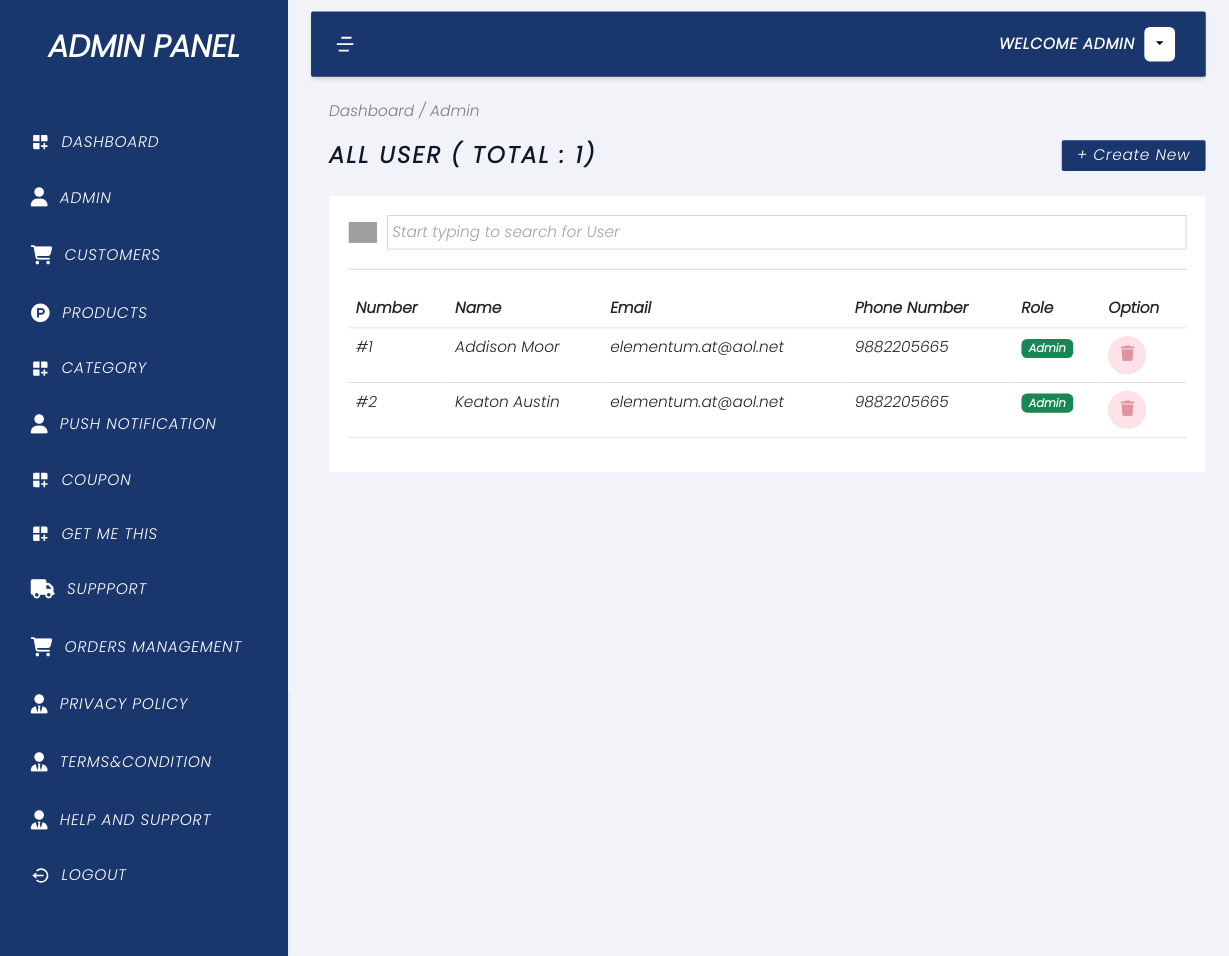
Repository: arpanmalik/project-khanna
Page: /Admin
An editor plug-in stored every save of this project. The page is shown before and after a run of saves, followed by the edit.
The browser window is 1280 px wide. The pictures show the whole page, at 96% of full size.
Pictures or frames that could not be fetched are drawn as grey boxes. Some web libraries are served in a nearby version. The project was rebuilt for these pictures with package versions that can differ from the ones it lists, and the page was loaded fresh each time. Also part of the build but not shown: src/E-CommerceAdmin/forms/Login.jsx, src/E-CommerceAdmin/pages/Dashboard.jsx, src/E-CommerceAdmin/pages/ECategory.js, src/E-CommerceAdmin/pages/EProduct.js, src/E-CommerceAdmin/pages/EVendorList.js, src/E-CommerceAdmin/pages/EAdminOrders.js, src/E-CommerceAdmin/pages/EAdminProduct.js, src/E-CommerceAdmin/pages/EAdminDelivery.js and 11 more. Imported but missing from the stored project, and not drawn on this page: src/E-CommerceAdmin/pages/Component/SpinnerComp, src/E-CommerceVendor/forms/EVendorLogin, src/E-CommerceVendor/pages/EVCategory, src/E-CommerceVendor/pages/EVCoupon, src/E-CommerceVendor/pages/EVDashboard, src/E-CommerceVendor/pages/EVOrders, src/E-CommerceVendor/pages/EVProduct, src/E-CommerceVendor/pages/EVSubCategory.

Above is the page before, as saved 2023-05-16 15:10:40.

After the next 3 saves:
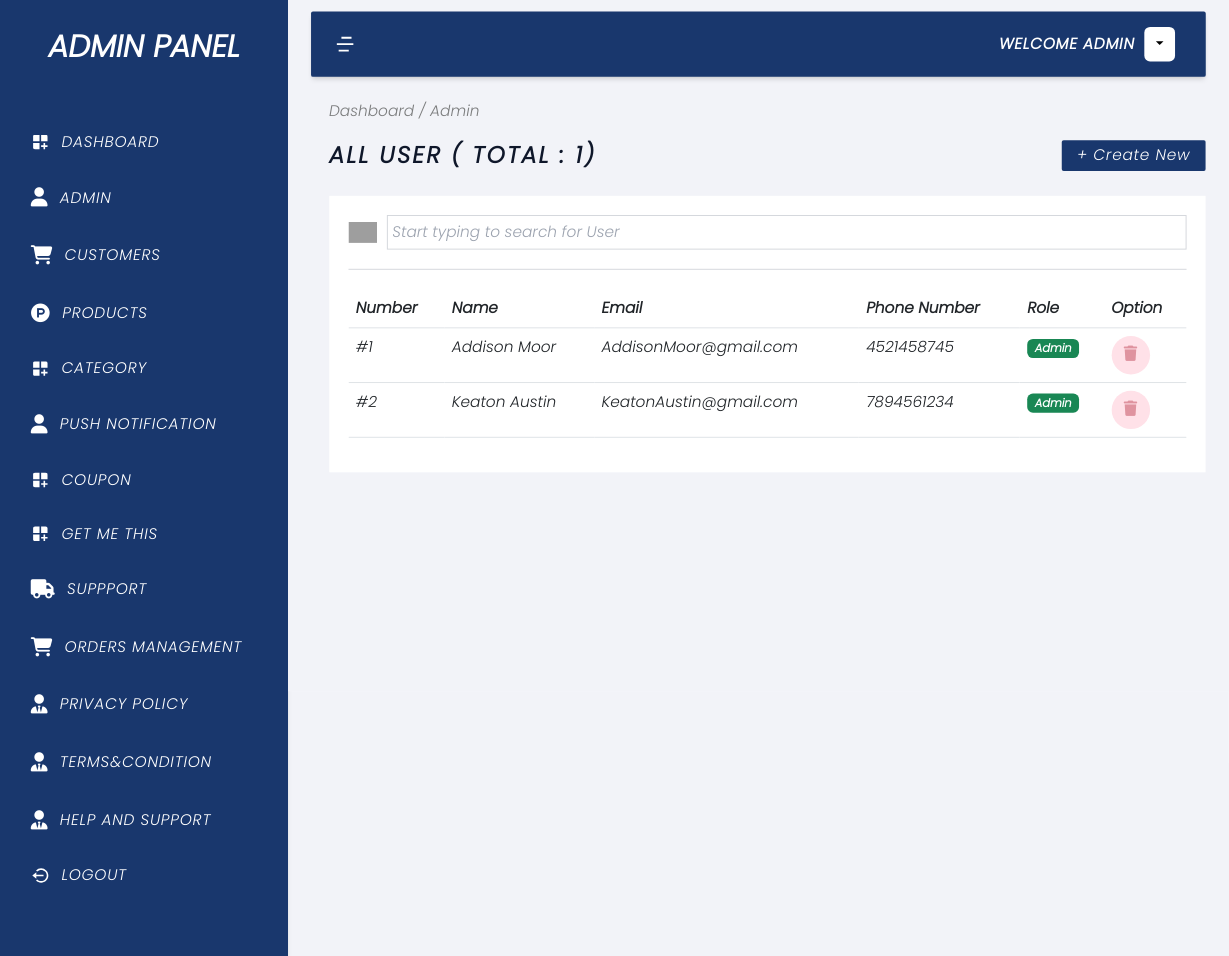
The 3 saves are shown as one change because they came seconds apart.
The last was saved 13 s later.
--- a/src/E-CommerceAdmin/pages/EAdmin.js
+++ b/src/E-CommerceAdmin/pages/EAdmin.js
@@ -184,8 +184,8 @@ const EAdmin = () => {
               <tr key={index}>
                 <td>#{index + 1} </td>
                 <td> {i.name} </td>
-                <td>elementum.at@aol.net</td>
-                <td>9882205665</td>
+                <td> {i.email} </td>
+                <td>{i.phone}</td>
                 <td>
                   <Badge bg="success">Admin</Badge>
                 </td>
